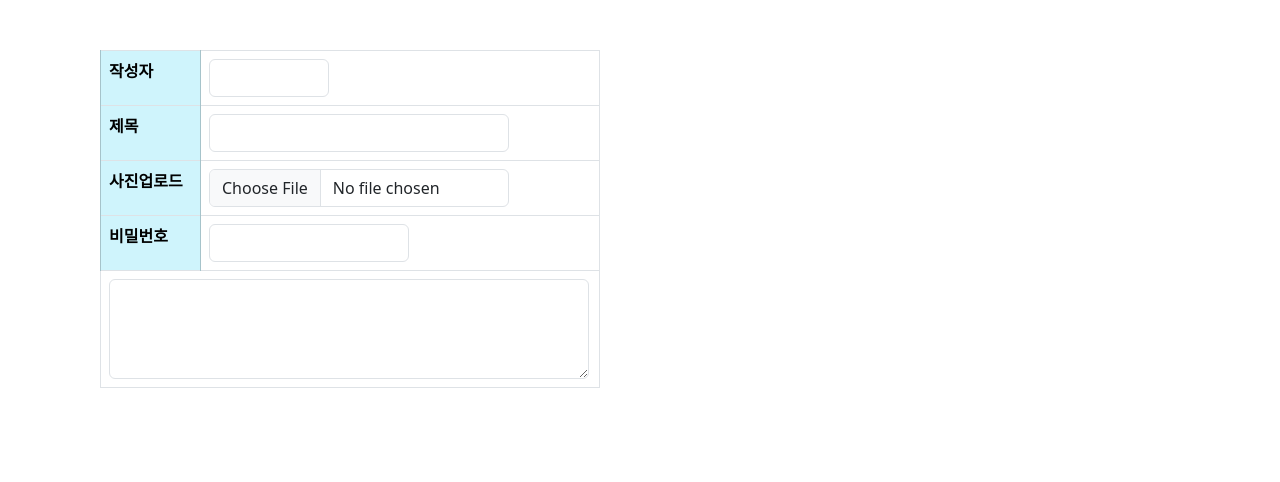
Repository: JunbroGit/SistProject
Page: http://localhost/jsaAjaxProject/uploadboard/addForm.jsp
These files come from the project's save history. The page is drawn as it stood at one moment and after the next save; the edit follows.
The browser window is 1280 px wide. The pictures show the whole page.
Some web fonts or font styles are not loaded; a fallback is used. The page is served by Tomcat 9. Other server files are loaded and not shown.

Above is the page before, as saved 2024-03-13 03:23:43.

### jspwork/jsaAjaxProject/src/main/webapp/uploadboard/addForm.jsp
<%@ page language="java" contentType="text/html; charset=UTF-8"
    pageEncoding="UTF-8"%>
<!DOCTYPE html>
<html>
<head>
<meta charset="UTF-8">
<link href="https://cdn.jsdelivr.net/npm/bootstrap@5.3.2/dist/css/bootstrap.min.css" rel="stylesheet">
<link href="https://fonts.googleapis.com/css2?family=Dongle&family=Gaegu&family=Nanum+Myeongjo&family=Nanum+Pen+Script&family=Noto+Sans+KR:wght@100..900&display=swap" rel="stylesheet">
<script src="https://code.jquery.com/jquery-3.7.0.js"></script>
<title>Insert title here</title>
</head>
<body>
<div style="margin: 50px 100px; width: 500px;">
	<form action="addAction.jsp" method="post" enctype="multipart/form-data">
		<table class="table table-bordered">
			<tr>
				<th width="100" class="table-info">작성자</th>
				<td>
					<input type="text" name="writer" class="form-control" style="width: 120px;" required="required">
				</td>
			</tr>
			<tr>
				<th width="100" class="table-info">제목</th>
				<td>
					<input type="text" name="subject" class="form-control" style="width: 300px;" required="required">
				</td>
			</tr>
			<tr>
				<th width="100" class="table-info">사진업로드</th>
				<td>
					<input type="file" name="photo" class="form-control" style="width: 300px;" required="required">
				</td>
			</tr>
			<tr>
				<th width="100" class="table-info">비밀번호</th>
				<td>
					<input type="text" name="pass" class="form-control" style="width: 200px;" required="required">
				</td>
			</tr>

			<tr>
				<td colspan="2">
					<textarea style="width: 480px; height: 100px;" name="content" class="form-control" required="required"></textarea>
				</td>
			</tr>
		</table>
	</form>
</div>
</body>
</html>

After the next save:
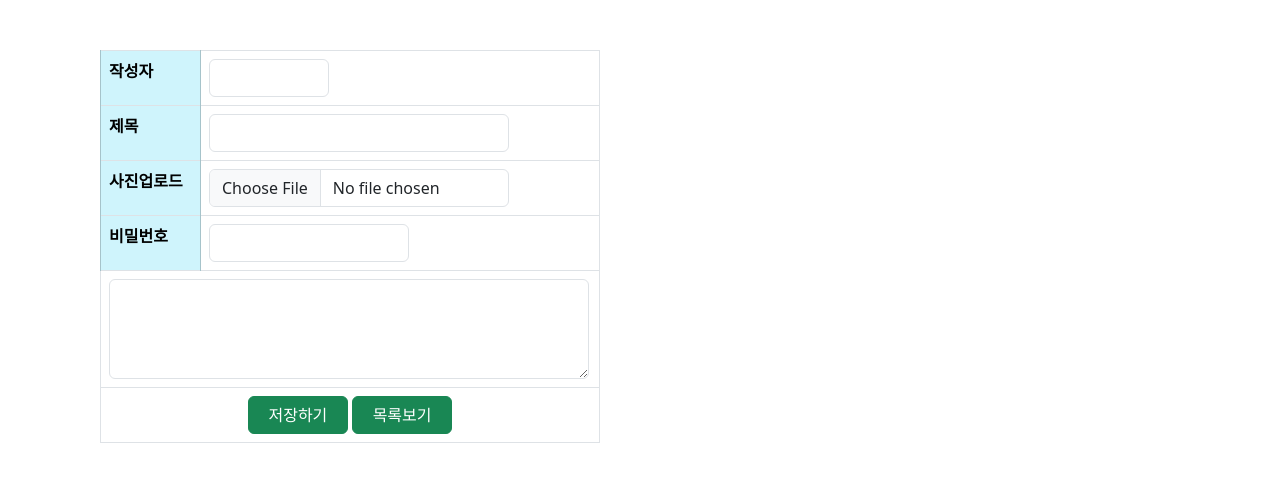
Saved 105 s later.
--- a/jspwork/jsaAjaxProject/src/main/webapp/uploadboard/addForm.jsp
+++ b/jspwork/jsaAjaxProject/src/main/webapp/uploadboard/addForm.jsp
@@ -37,10 +37,15 @@
 					<input type="text" name="pass" class="form-control" style="width: 200px;" required="required">
 				</td>
 			</tr>
-
 			<tr>
 				<td colspan="2">
 					<textarea style="width: 480px; height: 100px;" name="content" class="form-control" required="required"></textarea>
+				</td>
+			</tr>
+			<tr>
+				<td colspan="2" align="center">
+					<button type="submit" style="width: 100px;" class="btn btn-success btn-md">저장하기</button>
+					<button type="button" style="width: 100px;" class="btn btn-success btn-md" onclick="location.href='boardList.jsp'">목록보기</button>
 				</td>
 			</tr>
 		</table>
